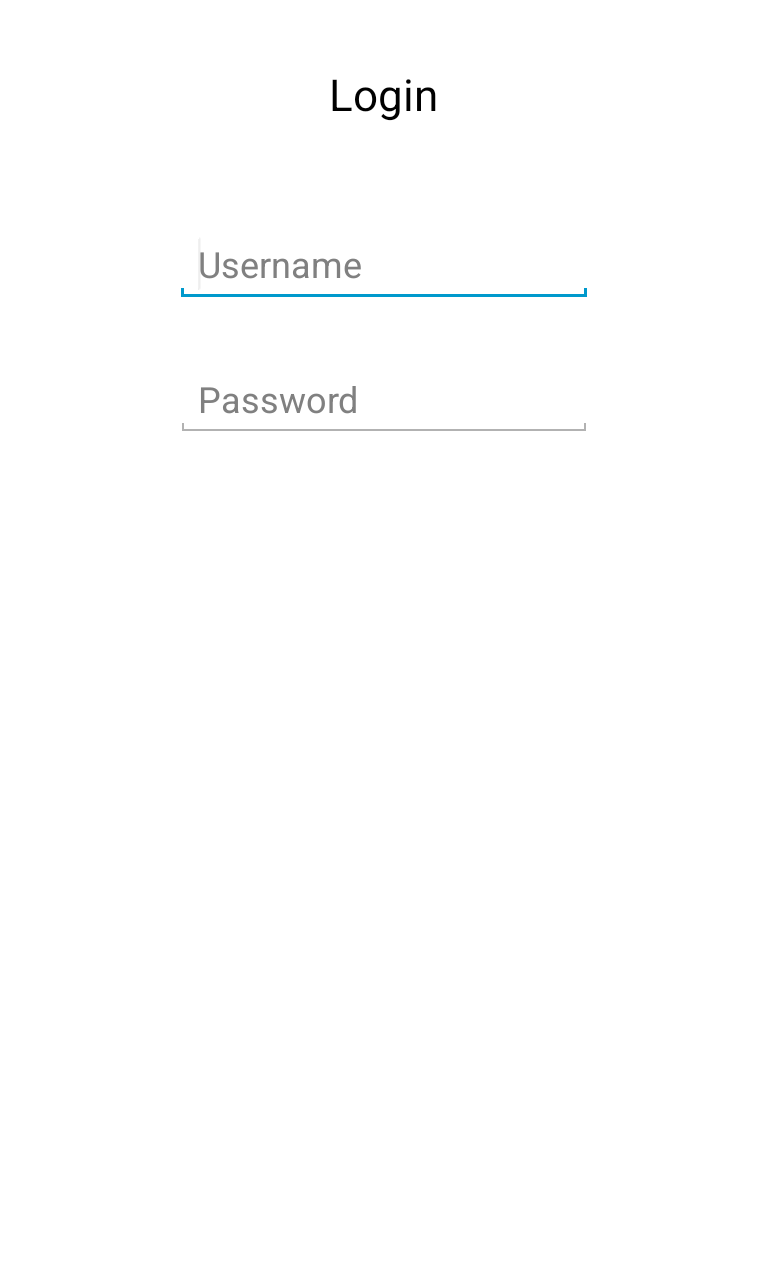
Repository: bhakti152/Tourist-Guide-App
Layout: tourist_guide_app/Tourist_Guide/res/layout/loginactivity.xml
The author's editor kept a copy of each file at every save. The layout is drawn from the files as they stood at one save, then again after the next save.
It is drawn on a 768 x 1280 px phone screen (xhdpi) without system bars, with theme AppTheme; the app's code is not run.

Above is the layout before, as saved 2016-11-10 00:50:29.

After the next save:
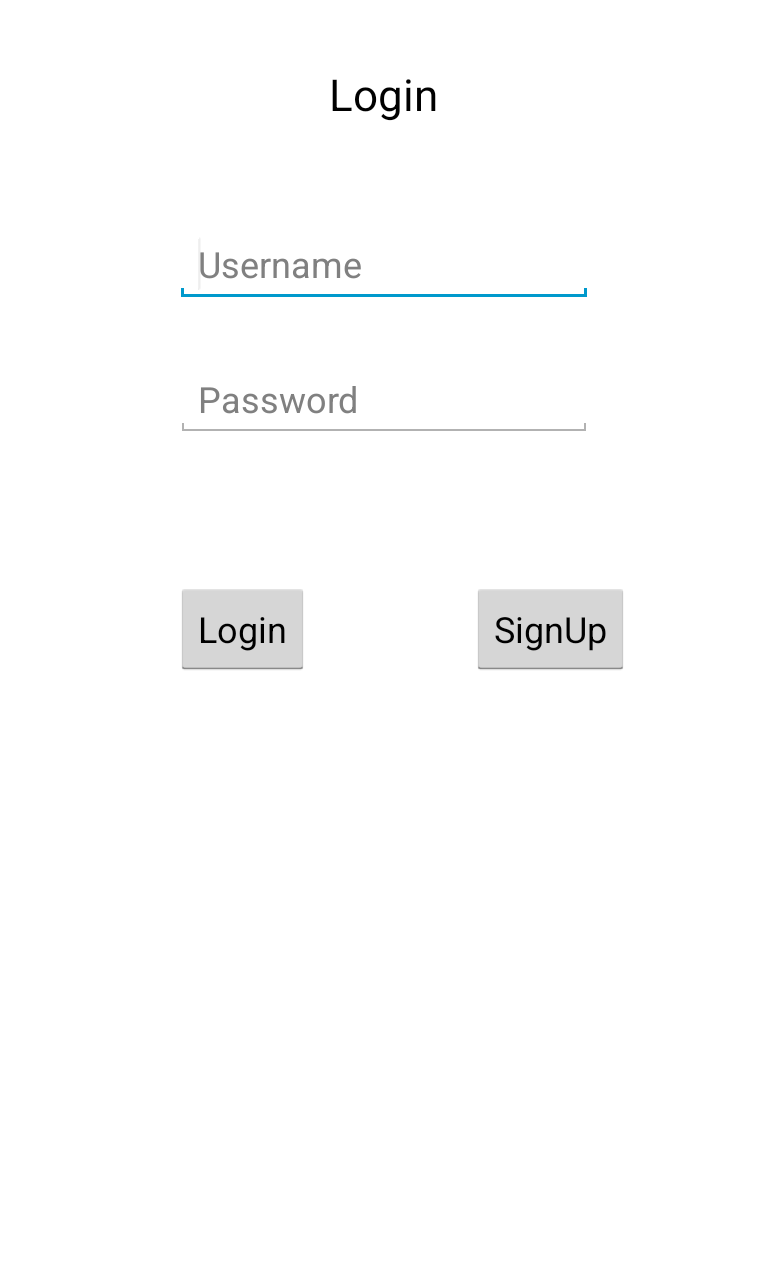
Saved 28 s later.
--- a/tourist_guide_app/Tourist_Guide/res/layout/loginactivity.xml
+++ b/tourist_guide_app/Tourist_Guide/res/layout/loginactivity.xml
@@ -39,4 +39,23 @@
         android:ems="10"
         android:hint="Password" />
 
+    <Button
+        android:id="@+id/button1"
+        android:layout_width="wrap_content"
+        android:layout_height="wrap_content"
+        android:layout_alignLeft="@+id/editText2"
+        android:layout_below="@+id/editText2"
+        android:layout_marginTop="71dp"
+        android:text="Login" />
+
+    <Button
+        android:id="@+id/button2"
+        android:layout_width="wrap_content"
+        android:layout_height="wrap_content"
+        android:layout_alignBaseline="@+id/button1"
+        android:layout_alignBottom="@+id/button1"
+        android:layout_marginLeft="16dp"
+        android:layout_toRightOf="@+id/textView1"
+        android:text="SignUp" />
+
 </RelativeLayout>
